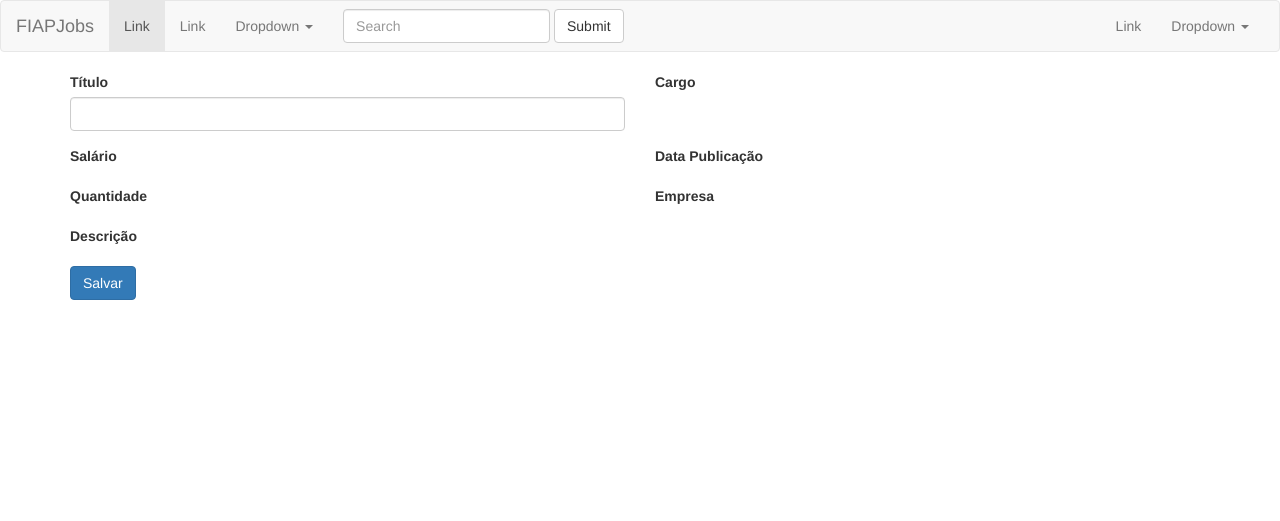
Repository: chrizera/1TDSF-Web
Page: http://localhost/FIAPJobs/cadastro-vaga.jsp
An editor plug-in stored every save of this project. The page is shown before and after the next save, followed by the edit.
The browser window is 1280 px wide. The pictures show the whole page.
The page is served by Tomcat 9.

Above is the page before, as saved 2016-10-06 11:38:53.

After the next save:
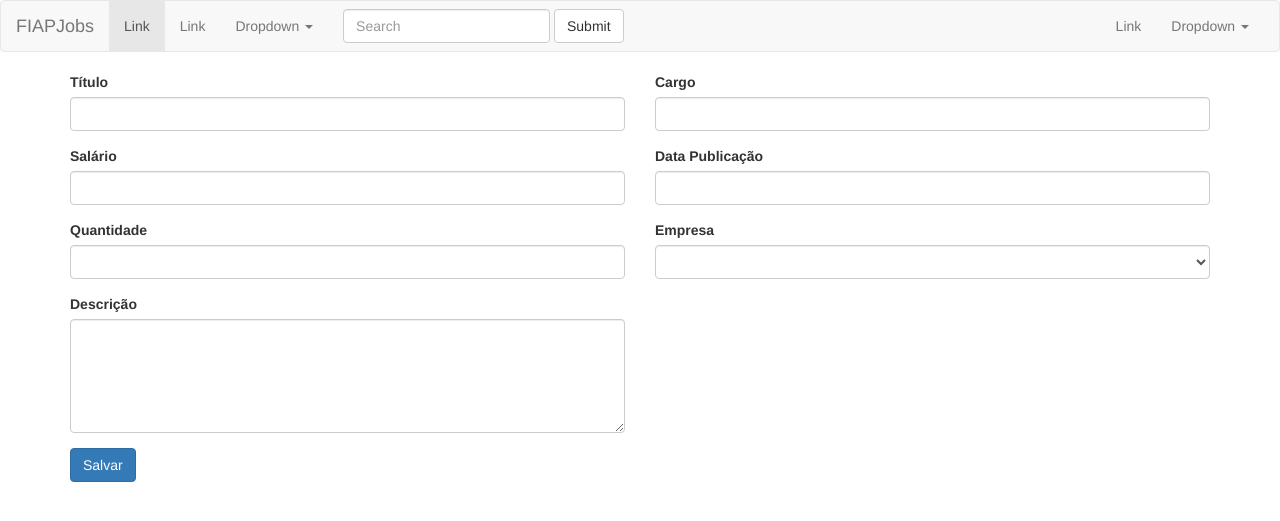
Saved 2 min 21 s later.
--- a/FIAPJobs/WebContent/cadastro-vaga.jsp
+++ b/FIAPJobs/WebContent/cadastro-vaga.jsp
@@ -18,28 +18,38 @@
 				<input id="titulo" type="text" name="titulo" class="form-control">
 			</div>
 			<div class="col-md-6 form-group">
-				<label>Cargo</label>
+				<label for="cargo">Cargo</label>
+				<input id="cargo" type="text" name="cargo" class="form-control">
 			</div>
 		</div>
 		<div class="row">
 			<div class="col-md-6 form-group">
-				<label>Salário</label>
+				<label for="salario">Salário</label>
+				<input id="salario" type="text" name="salario" class="form-control">
 			</div>
 			<div class="col-md-6 form-group">
-				<label>Data Publicação</label>
+				<label for="data">Data Publicação</label>
+				<input id="data" type="text" name="data" class="form-control">
 			</div>
 		</div>
 		<div class="row">
 			<div class="col-md-6 form-group">
-				<label>Quantidade</label>
+				<label for="qtd">Quantidade</label>
+				<input id="qtd" type="text" name="qtd" class="form-control">
 			</div>
 			<div class="col-md-6 form-group">
-				<label>Empresa</label>
+				<label for="empresa">Empresa</label>
+				<select name="empresa"
+							id="empresa" class="form-control">
+
+				</select>
 			</div>
 		</div>
 		<div class="row">
 			<div class="col-md-6 form-group">
-				<label>Descrição</label>
+				<label for="desc">Descrição</label>
+				<textarea name="descricao" id="desc"
+					rows="5" cols="5" class="form-control"></textarea>
 			</div>
 		</div>
 		<div class="row">
